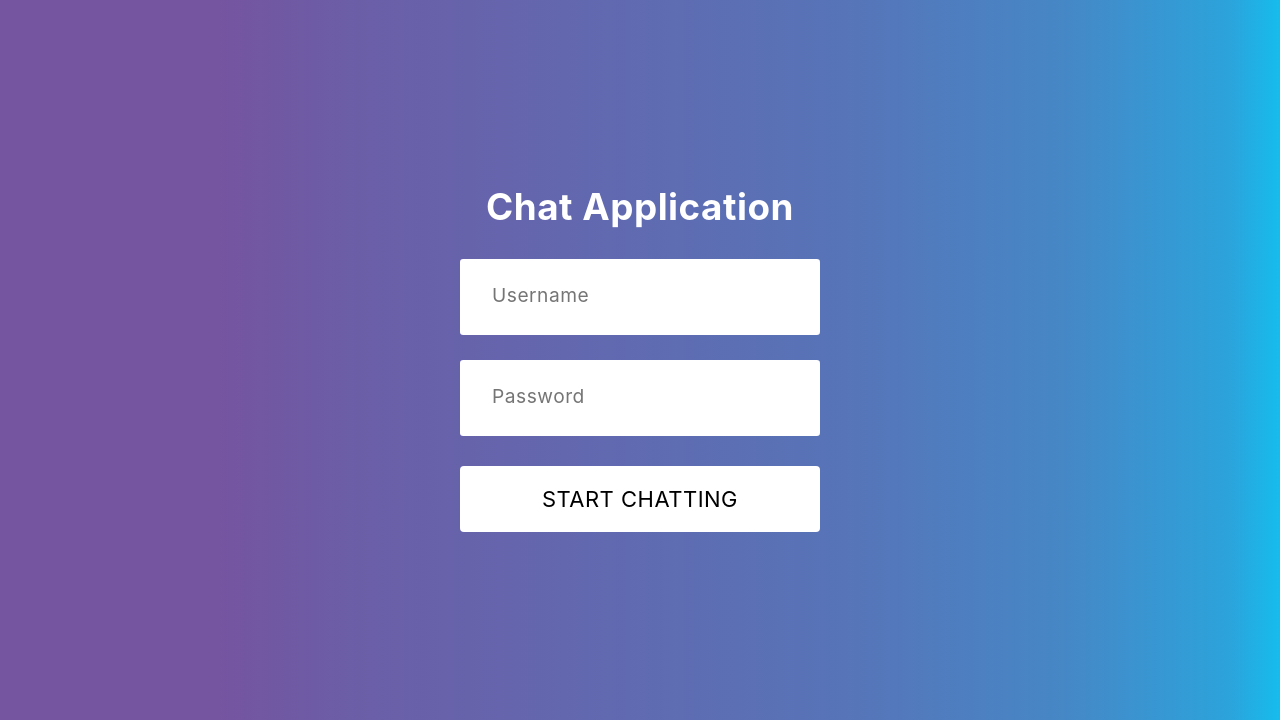
Repository: Jadesola-213/chatapp
Page: /
These files come from the project's save history. The page is drawn as it stood at one moment and after the next save; the edit follows.
The browser window is 1280 px wide. The pictures show the whole page.
The project was rebuilt for these pictures with package versions that can differ from the ones it lists, and the page was loaded fresh each time. Also part of the build but not shown: src/components/UserChat.jsx, src/components/RecepientChat.jsx, src/components/ChatForm.jsx, src/components/ChatContent.jsx.

Above is the page before, as saved 2022-02-06 19:30:47.

After the next save:
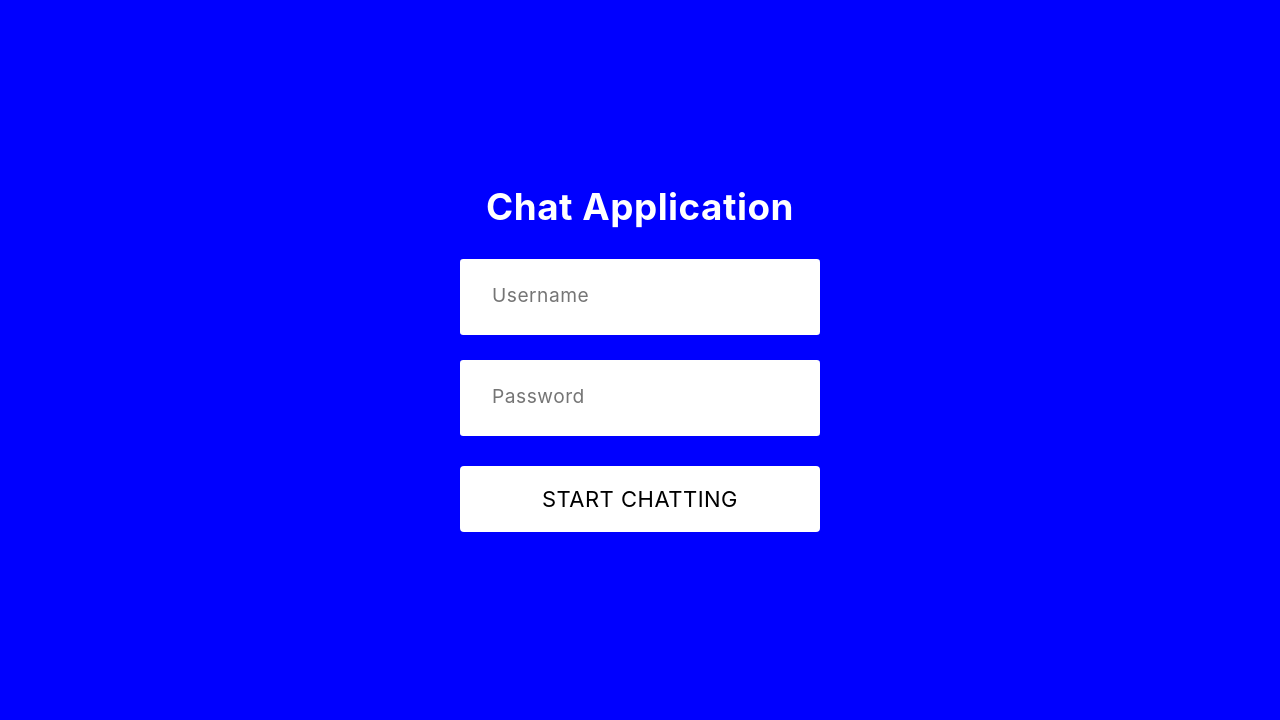
Saved 17 s later.
--- a/src/App.css
+++ b/src/App.css
@@ -217,7 +217,7 @@
     height: 100vh;
       width: 100%;
     background: blue;
-    background: linear-gradient(90deg, rgba(117,84,160,1) 7%, rgba(117,84,160,1) 17%, rgba(106,95,168,1) 29%, rgba(99,103,174,1) 44%, rgba(87,116,184,1) 66%, rgba(70,135,198,1) 83%, rgba(44,163,219,1) 96%, rgba(22,188,237,1) 100%, rgba(0,212,255,1) 100%);
+    background: blue;
     display: flex;
     justify-content: center;
     align-items: center;
